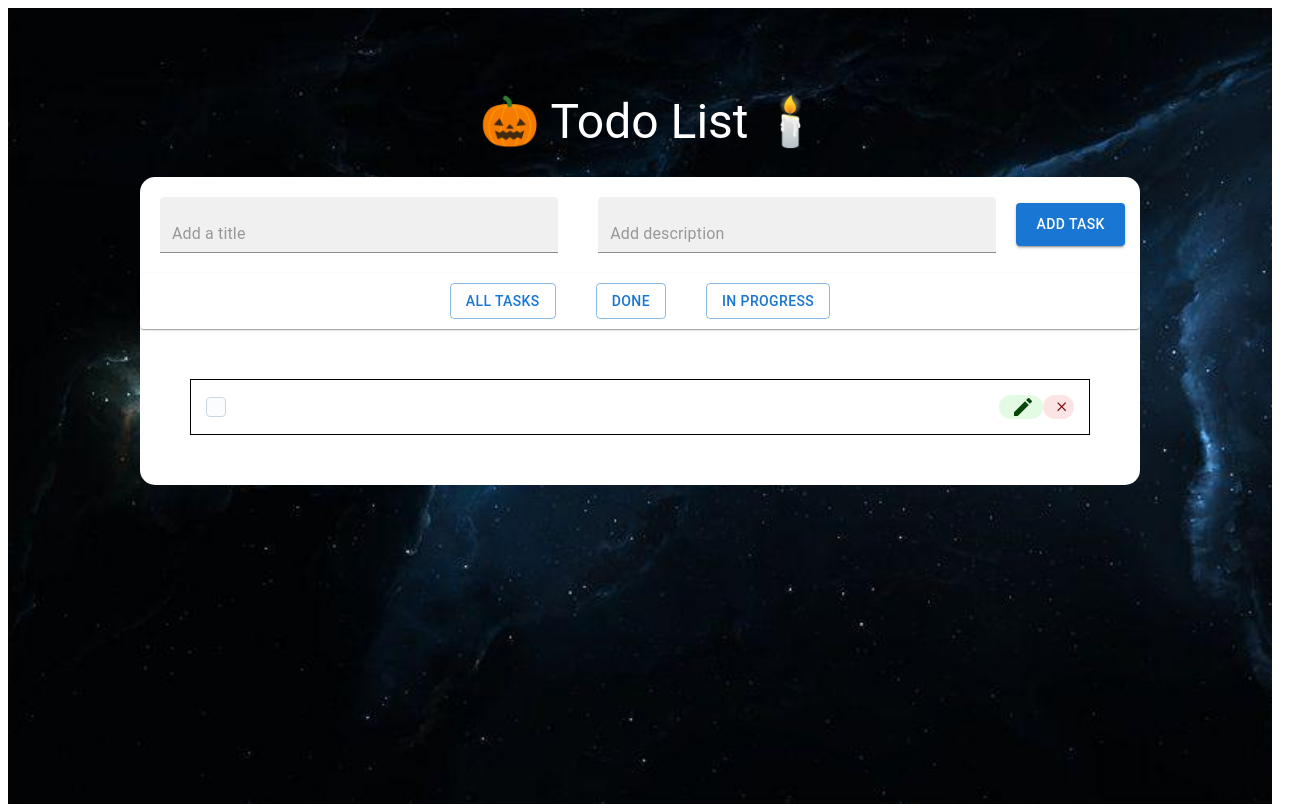
Repository: Tracy-maker/TodoList
Page: /
An editor plug-in stored every save of this project. The page is shown before and after the next save, followed by the edit.
The browser window is 1280 px wide. The page is 1292 px wide, so the pictures cover 1292 px, including what lies to the right of the window. The pictures show the whole page.
The project was rebuilt for these pictures with package versions that can differ from the ones it lists, and the page was loaded fresh each time. Also part of the build but not shown: src/components/TaskEdit.js.

Above is the page before, as saved 2023-09-20 19:50:25.

### public/index.html
<!DOCTYPE html>
<html lang="en">
  <head>
    <meta charset="utf-8" />
    <link rel="icon" href="%PUBLIC_URL%/favicon.ico" />
    <meta name="viewport" content="width=device-width, initial-scale=1" />
    <meta name="theme-color" content="#000000" />
    <meta
      name="description"
      content="Web site created using create-react-app"
    />
    <link rel="apple-touch-icon" href="%PUBLIC_URL%/logo192.png" />
    <!--
      manifest.json provides metadata used when your web app is installed on a
      user's mobile device or desktop. See https://developers.google.com/web/fundamentals/web-app-manifest/
    -->
    <link rel="manifest" href="%PUBLIC_URL%/manifest.json" />
    <link href="https://fonts.googleapis.com/css2?family=Montserrat:wght@300;400;500&amp;display=swap" rel="stylesheet">
    <!--
      Notice the use of %PUBLIC_URL% in the tags above.
      It will be replaced with the URL of the `public` folder during the build.
      Only files inside the `public` folder can be referenced from the HTML.

      Unlike "/favicon.ico" or "favicon.ico", "%PUBLIC_URL%/favicon.ico" will
      work correctly both with client-side routing and a non-root public URL.
      Learn how to configure a non-root public URL by running `npm run build`.
    -->
    <title>React App</title>
  </head>
  <body>
    <noscript>You need to enable JavaScript to run this app.</noscript>
    <div id="root"></div>
    <!--
      This HTML file is a template.
      If you open it directly in the browser, you will see an empty page.

      You can add webfonts, meta tags, or analytics to this file.
      The build step will place the bundled scripts into the <body> tag.

      To begin the development, run `npm start` or `yarn start`.
      To create a production bundle, use `npm run build` or `yarn build`.
    -->
  </body>
</html>

### src/App.js
import { useState, useEffect } from "react";
import CreateTask from "./components/CreateTask";
import TaskList from "./components/TaskList";
import { Box, Stack } from "@mui/material";
import styled from "styled-components";
import Typography from "@mui/material/Typography";
import Image1 from "./image/7.jpg";

const StyledContainer = styled(Stack)`
  height: 100vh;
  width: 100%;
  display: flex;
  align-items: stretch;
  padding-top: 6%;
  background-image: url(${Image1});
  background-size: cover;
  background-repeat: no-repeat;
`;

const TaskForm = styled(Box)`
  margin-left: auto;
  margin-right: auto;
  width: 1000px;
  background-color: white;
  border-radius: 15px;
  @media (max-width: 768px) {
    width: 100%;
  }
`;
const Title = styled(Typography)`
  color: white;
  margin: auto;
  width: 100%;
  padding: 10px;
  text-align: center;
`;

function App() {

  const [tasks, setTasks] = useState(() => {
    const localValue = localStorage.getItem("tasks");
    if (localValue == null) return [];
    return JSON.parse(localValue);
  });

  useEffect(() => {
    localStorage.setItem("tasks", JSON.stringify(tasks));
  }, [tasks]);

  const createTask = (title, description) => {
    const newTask = {
      id: crypto.randomUUID(),
      title: title,
      description: description,
      status: "inProgress",
    };

    const existingTasks = JSON.parse(localStorage.getItem("tasks")) || [];
    existingTasks.push(newTask);
    localStorage.setItem("tasks", JSON.stringify(existingTasks));
    setTasks(existingTasks);
  };

  const deleteTasksById = (id) => {
    const existingTasks = JSON.parse(localStorage.getItem("tasks")) || [];
    const updatedTasks = existingTasks.filter((task) => {
      return task.id !== id;
    });
    localStorage.setItem("tasks", JSON.stringify(updatedTasks));
    setTasks(updatedTasks);
  };

  const editTaskById = (id, newTitle, newDescription) => {
    const existingTasks = JSON.parse(localStorage.getItem("tasks")) || [];
    const taskToEdit = existingTasks.findIndex((task) => task.id === id);

    if (taskToEdit) {
      const updatedTask = {
        ...taskToEdit,
        title: newTitle,
        description: newDescription,
      };

      const updatedTasks = existingTasks.map((task) =>
        task.id === id ? updatedTask : task
      );
      localStorage.setItem("tasks", JSON.stringify(updatedTasks));
      setTasks(updatedTasks);
    }
  };



  return (
    <StyledContainer>
      <Title variant="h3" gutterBottom>
        🎃 Todo List 🕯️
      </Title>
      <TaskForm>
        <CreateTask onCreate={createTask} />
        <TaskList />
      </TaskForm>
    </StyledContainer>
  );
}
export default App;

### src/components/CreateTask.js
import * as React from "react";
import Stack from "@mui/material/Stack";
import TextField from "@mui/material/TextField";
import Button from "@mui/material/Button";
import { useState } from "react";
import { styled } from "@mui/material";

const Input = styled(TextField)`
  padding:2%;
  width: 80%;
`;

const AddButton = styled(Button)`
  margin: auto;
  width: 20%;
  padding: 9px;
  text-align: center;
  margin-right: 15px;
`;

function CreateTask(props) {
  const [title, setTitle] = useState("");
  const [description, setDescription] = useState("");

  const handleChange = (event) => {
    const { name, value } = event.target;
    if (name === "title") {
      setTitle(value);
    } else if (name === "description") {
      setDescription(value);
    }
  };

  const handleSubmit = (event) => {
    event.preventDefault();
    if (title.trim() !== "" || description.trim() !== "") {
      props.onCreate({ title, description });
      setTitle("");
      setDescription("");
    }
  };

  return (
    <Stack onSubmit={handleSubmit} component="form" direction="row">
      <Input
        name="title"
        value={title}
        onChange={handleChange}
        placeholder="Add a title"
        variant="filled"
      />
      <Input
        name="description"
        value={description}
        onChange={handleChange}
        placeholder="Add description"
        variant="filled"
      />
      <AddButton type="submit" variant="contained">
        Add Task
      </AddButton>
    </Stack>
  );
}

export default CreateTask;

### src/components/TaskList.js
import React from "react";
import { Box, Button, Card } from "@mui/material";
import TaskShow from "./TaskShow";
import styled from "styled-components";

const ButtonNavigationBar = styled(Box)`
  display: flex;
  justify-content: center;
  gap: 40px;
  padding: 10px;
`;

function TaskList(props) {
  return (
    <Box mb={2}>
      <Card>
        <ButtonNavigationBar>
          <Button
            variant={props.defaultValue === "all" ? "contained" : "outlined"}
            onClick={() => props.onFilterChange("all")}
          >
            All Tasks
          </Button>
          <Button
            variant={props.defaultValue === "done" ? "contained" : "outlined"}
            onClick={() => props.onFilterChange("done")}
          >
            Done
          </Button>
          <Button
            variant={props.defaultValue === "inProgress" ? "contained" : "outlined"
            }
            onClick={() => props.onFilterChange("inProgress")}
          >
            In Progress
          </Button>
        </ButtonNavigationBar>
      </Card>

        <TaskShow/>

    </Box>
  );
}

export default TaskList;

### src/components/TaskShow.js
import * as React from "react";
import { useState } from "react";
import Typography from "@mui/joy/Typography";
import Checkbox from "@mui/joy/Checkbox";
import Chip from "@mui/joy/Chip";
import ChipDelete from "@mui/joy/ChipDelete";
import styled from "styled-components";
import { Box } from "@mui/material";
import EditIcon from "@mui/icons-material/Edit";
import TaskEdit from "./TaskEdit";

const TaskItem = styled(Box)`
  display: flex;
  justify-content: space-between;
  align-items: center;
  padding: 15px;
  border-style: solid;
  border-width: 1px;
  margin:5%;
`;

const Title = styled(Typography)`
  text-decoration: ${({ isDeleted }) => (isDeleted ? "line-through" : "none")};
`;

function TaskShow(props) {
  const [showEdit, setShowEdit] = useState(false);

  const handleEdit = () => {
    setShowEdit(!showEdit);
  };

  const handleSubmit = (id, newTitle, newDescription) => {
    setShowEdit(false);
    props.onEdit(id, newTitle, newDescription);
  };

  let content;

  // if (showEdit) {
  //   content = <TaskEdit onSubmit={handleSubmit} task={props.task} />;
  // } else {
  //   content = (
  //     <>
  //       <h3>{props.task.title}</h3>
  //       <p>{props.task.description}</p>
  //     </>
  //   );
  // }

  const handleDelete = () => {
    props.onDelete(props.task.id);
  };

  const handleCheckboxChange = () => {
    props.toggleCheckedBoxById(props.task.id);
  };

  return (
    <TaskItem>
      <Checkbox

        onChange={handleCheckboxChange}
      />
      <Title
      >

      </Title>
      <Box>
        <Chip
          variant="soft"
          color="success"
          onClick={handleEdit}
          endDecorator={<EditIcon />}
        />
        <Chip
          variant="soft"
          color="danger"
          endDecorator={<ChipDelete onClick={handleDelete} />}
        />
      </Box>
    </TaskItem>
  );
}

export default TaskShow;

Loaded but not shown: src/index.js (common file)

After the next save:
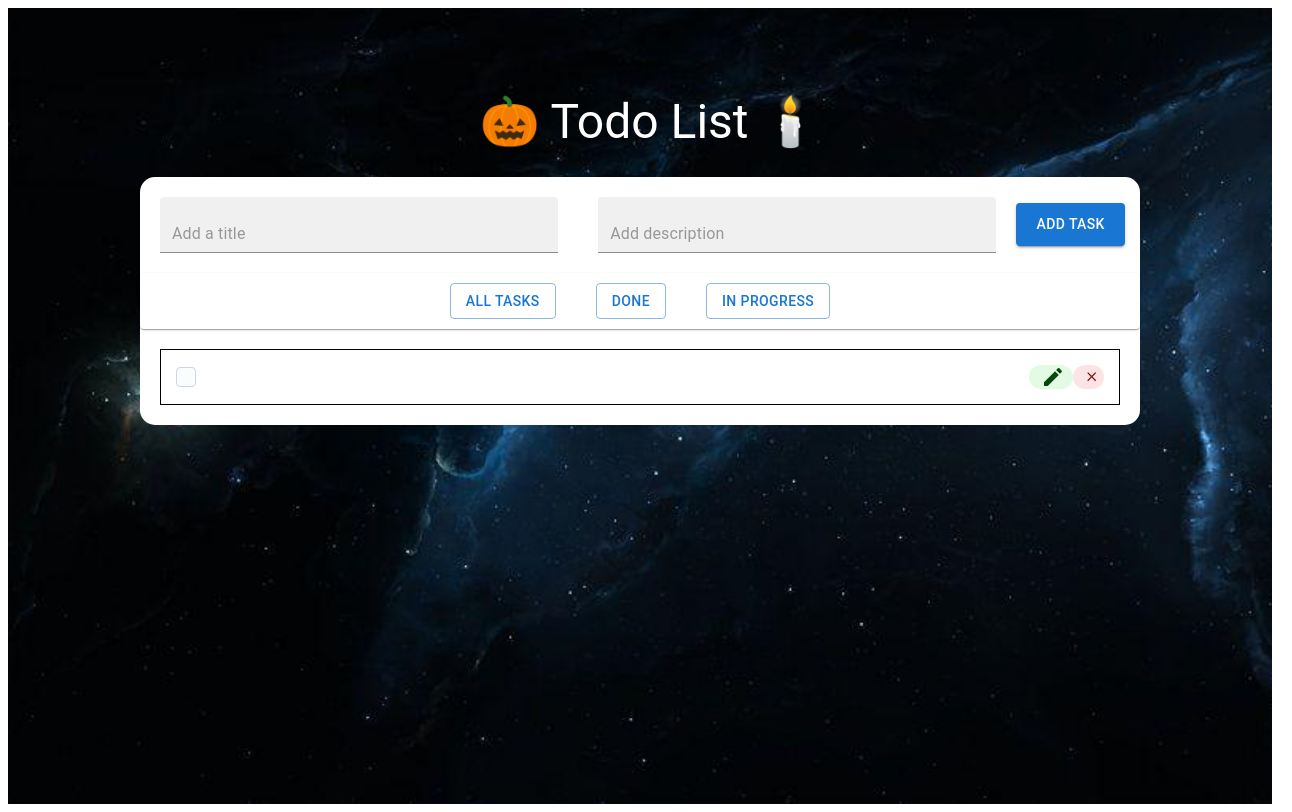
Saved 24 s later.
--- a/src/components/TaskShow.js
+++ b/src/components/TaskShow.js
@@ -16,7 +16,7 @@ const TaskItem = styled(Box)`
   padding: 15px;
   border-style: solid;
   border-width: 1px;
-  margin:5%;
+  margin: 2%;
 `;
 
 const Title = styled(Typography)`
@@ -58,14 +58,8 @@ function TaskShow(props) {
 
   return (
     <TaskItem>
-      <Checkbox
-
-        onChange={handleCheckboxChange}
-      />
-      <Title
-      >
-
-      </Title>
+      <Checkbox onChange={handleCheckboxChange} />
+      <Title></Title>
       <Box>
         <Chip
           variant="soft"
